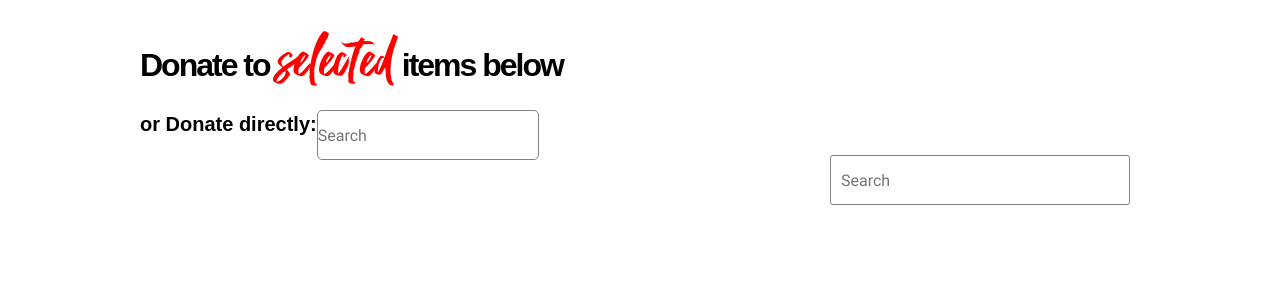
Repository: David-Waite/edableStyleChanges
Page: /
An editor plug-in stored every save of this project. The page is shown before and after the next save, followed by the edit.
The browser window is 1280 px wide. The pictures show the whole page.
The project was rebuilt for these pictures with package versions that can differ from the ones it lists, and the page was loaded fresh each time. Also part of the build but not shown: src/components/Item/ProgressBar.css, src/components/Volunteer/Volunteer.tsx, src/components/DonorForm/Message.css, src/components/Volunteer/VolunteerError.tsx, src/components/Default.tsx, src/components/DonorForm/Paypal.tsx, src/components/DonorForm/DonorForm.tsx, src/components/DonorForm/PastDonations.css and 8 more.

Above is the page before, as saved 2022-11-09 19:14:55.

After the next save:
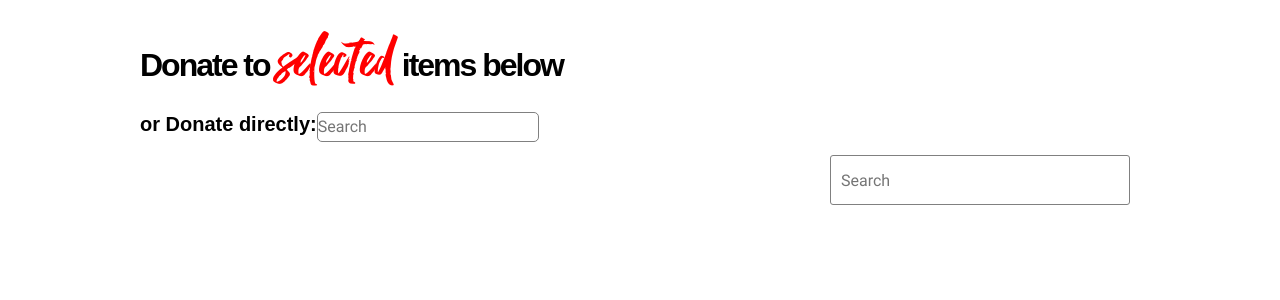
Saved 6 s later.
--- a/src/components/Landing/Landing.css
+++ b/src/components/Landing/Landing.css
@@ -47,7 +47,7 @@
   margin-bottom: 0px;
 }
 
-.orgSearchBar {
+.orgSearchBar input {
   height: 30px;
 }
 
